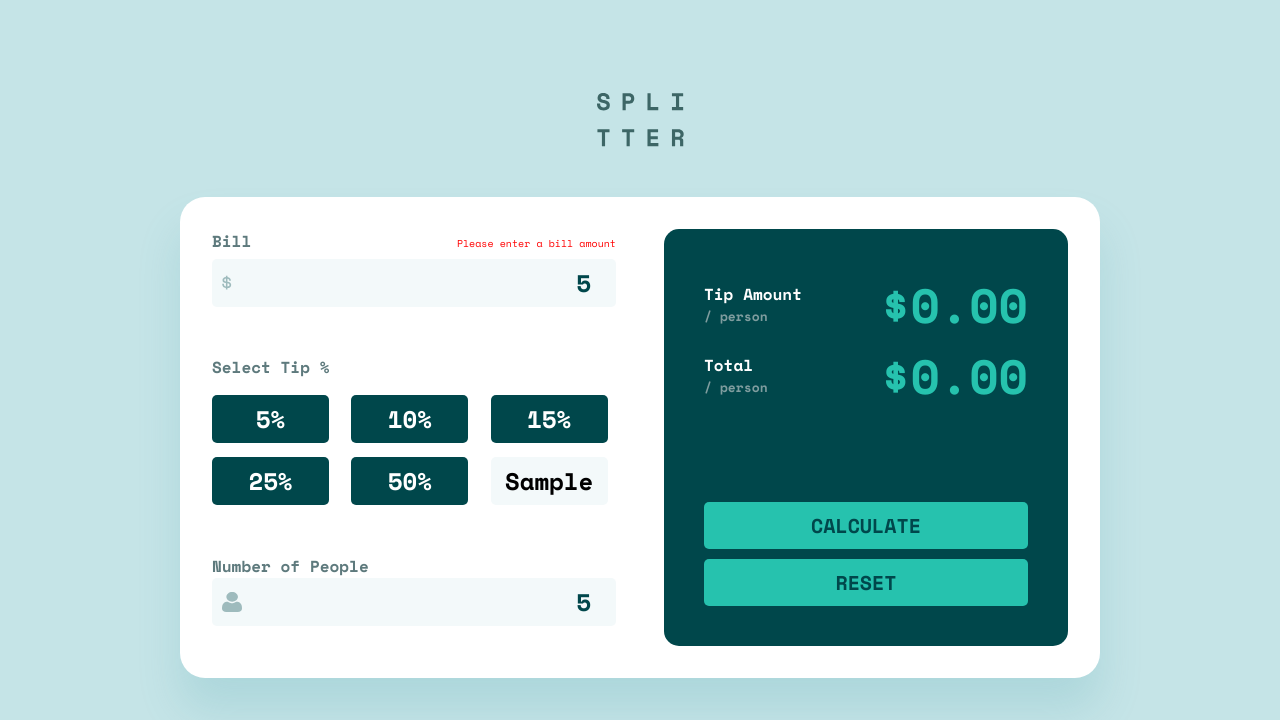
Repository: brandontaylor1/splitter
Page: index.html
These files come from the project's save history. The page is drawn as it stood at one moment and after a run of saves; the edit follows.
The browser window is 1280 px wide. The pictures show the whole page.
Empty fields were first filled with sample values (such as "Sample", 5 or name@example.com).
After loading, the first visible `#calculate-button` was clicked once.

Above is the page before, as saved 2025-02-07 14:00:26.
Console error: ReferenceError: tip is not defined

### index.html
<!DOCTYPE html>
<html lang="en">
<head>
    <meta charset="UTF-8">
    <meta name="viewport" content="width=device-width, initial-scale=1.0">
    <link rel="preconnect" href="https://fonts.googleapis.com">
    <link rel="preconnect" href="https://fonts.gstatic.com" crossorigin>
    <link href="https://fonts.googleapis.com/css2?family=Space+Mono:ital,wght@0,400;0,700;1,400;1,700&display=swap" rel="stylesheet">
    <link rel="stylesheet" href="styles.css">
    <title>Splitter | Tip Calculator</title>
</head>
<body>
    <img src="./assets/images/logo.svg" id="logo-image" alt="logo image">
    <h1 class="error-message" id="form-error"></h1>
    <main class="container">
        <form>
            <div class="left-column">
                <div class="bill-input">
                    <div class="bill-titles">
                        <h2>Bill</h2>
                        <p class="error-message" id="bill-error"></p>
                    </div>
                    <div class="bill-input-with-icon">
                        <input type="number" min="0.00" max="10000.00" id="bill-input" placeholder="$0.00">
                    </div>
                </div>
                <div class="tip-input">
                    <div class="tip-titles">
                        <h2 id="select-tip-title">Select Tip %</h2>
                        <p class="error-message" id="tip-error"></p>
                    </div>
                    <div class="tip-buttons">
                        <button type="button" class="tip-button" value=".05">5%</button>
                        <button type="button" class="tip-button" value=".10">10%</button>
                        <button type="button" class="tip-button" value=".15">15%</button>
                        <button type="button" class="tip-button" value=".25">25%</button>
                        <button type="button" class="tip-button" value=".50">50%</button>
                        <input type="text" id="custom-tip" placeholder="Custom">
                    </div>
                </div>
                <div class="number-of-people-input">
                    <div class="people-titles">
                        <h2 id="number-of-people-title">Number of People</h2>
                        <p class="error-message" id="people-error"></p>
                    </div>
                    <div class="person-input-with-icon">
                        <input type="number" id="number-of-people-input" placeholder="0">
                    </div>
                </div>
            </div>
        </form>
        <div class="right-column">
                <div class="info-container">
                    <div class="tip-calculations">
                        <div class="tip-amount">
                            <div class="info">
                                <h3>Tip Amount</h3>
                                <p>/ person</p>
                            </div>
                            <div class="amount">
                                <h1 id="tip-amount">$0.00</h1>
                            </div>
                        </div>
                        <div class="total">
                            <div class="info">
                                <h3>Total</h3>
                                <p>/ person</p>
                            </div>
                            <div class="amount">
                                <h1 id="total-amount">$0.00</h1>
                            </div>
                        </div>
                    </div>
                    <div class="button-container">
                        <button type="button" id="calculate-button">
                            CALCULATE
                        </button>
                        <button type="button" id="reset-button">
                            RESET
                        </button>
                    </div>
        </div>
    </main>

    <script src="index.js"></script>
</body>
</html>

### styles.css
* {
    box-sizing: border-box;
    margin: 0;
    padding: 0;
}

:root {
    --background-color: #C5E4E7;
    --input-button-color: #00474B;
    --primary-white: #fff;
    --calculated-numbers-color: #26C2AE;
    --input-title-color: #5E7A7D;
    --input-background-color: #F3F9FA;
    --input-icon-color: #9EBBBD;
    --title-text-color: #3D6666;
    --custom-input-color: #547878;
}

/* UTILITY CLASSES */
.space-mono-regular {
    font-family: "Space Mono", serif;
    font-weight: 400;
    font-style: normal;
  }

  .space-mono-bold {
    font-family: "Space Mono", serif;
    font-weight: 700;
    font-style: normal;
  }

  .space-mono-regular-italic {
    font-family: "Space Mono", serif;
    font-weight: 400;
    font-style: italic;
  }

  .space-mono-bold-italic {
    font-family: "Space Mono", serif;
    font-weight: 700;
    font-style: italic;
  }


body {
    background-color: #C5E4E7;
    height: 100vh;
    width: 100%;
    display: flex;
    flex-direction: column;
    justify-content: center;
    align-items: center;
    font-family: "Space Mono", monospace;
}

#logo-image {
    margin: 50px 0;
}


.container {
    background-color: var(--primary-white);
    width: 920px;
    height: 481px;
    border-radius: 25px;
    box-shadow: 0px 32px 43px 0px rgba(79, 166, 175, 0.20);
    display: grid;
    gap: 48px;
    grid-template-columns: 1fr 1fr;
    padding: 32px;
}

.left-column {
    display: flex;
    flex-direction: column;
    justify-content: space-between;
    width: 100%;
    height: 100%;
}

.right-column {
    grid-column: 2 / 3;
    width: 100%;
    height: 100%;
    border-radius: 15px;
    background-color: var(--input-text-color);
}

input {
    height: 48px;
    width: 100%;
    padding: 10px;
    display: flex;
    flex-direction: row;
    justify-content: space-between;
    background-color: var(--input-background-color);
    border: none;
    border-radius: 5px;
    margin-bottom: 20px;
}

.person-input-with-icon input{
    width: 100%;
    font-family: "Space Mono", monospace;
    font-size: 24px;
    color: #00474B;
    font-weight: 600;
    background-image: url("./assets/images/icon-person.svg");
    background-repeat: no-repeat;
    background-position: 10px center;
    background-size: 20px 20px;
    text-align: right;
}

#bill-input {
    width: 100%;
    font-family: "Space Mono", monospace;
    font-size: 24px;
    font-weight: 600;
}

#number-of-people-input {
    width: 100%;
    font-family: "Space Mono", monospace;
    font-size: 24px;
    color: #00474B;
    font-weight: 600;
}

.bill-input-with-icon input {
    width: 100%;
    font-family: "Space Mono", monospace;
    font-size: 24px;
    color: #00474B;
    font-weight: 600;
    background-image: url("./assets/images/icon-dollar.svg");
    background-repeat: no-repeat;
    background-position: 10px center;
    background-size: auto 15px;
    text-align: right;
}

.bill-input h2 {
    font-size: 16px;
    color: var(--input-title-color);
    margin-bottom: 6px;
}

.tip-buttons {
    display: grid;
    grid-template-columns: repeat(3, 1fr);
    gap: 14px;
}

#select-tip-title {
    color: #5E7A7D;
    font-size: 16px;
    margin-bottom: 16px;
}

.tip-button {
    width: 117px;
    height: 48px;
    flex-shrink: 0;
    border: none;
    border-radius: 5px;
    background-color: #00474B;
    color: var(--primary-white);
    font-family: "Space Mono", monospace;
    font-size: 24px;
    font-weight: 600;
}


.tip-button:hover {
    background-color: #26C2AE;
    color: #00474B;
}

.active {
    background-color: #26C2AE;
    color: #00474B;
}

.disabled {
    background-color: #00474B;
    color: #5E7A7D;
    opacity: .5;
}

#custom-tip {
    width: 117px;
    height: 48px;
    flex-shrink: 0;
    text-align: center;
    font-size: 24px;
    font-weight: 600;
    font-family: "Space Mono", monospace;
}

#number-of-people-title {
    color: #5E7A7D;
    font-size: 16px;
}


.right-column {
    background-color: #00474B;
    padding: 40px;
    display: flex;
    flex-direction: column;
    justify-content: space-between;
}

.info-container {
    display: flex;
    flex-direction: column;
    justify-content: space-between;
    height: 100%;

}

.tip-amount, .total {
    display: flex;
    flex-direction: row;
    justify-content: space-between;
    align-items: center;
    color: var(--primary-white);
}

.amount {
    color: #26C2AE;
    font-size: 24px;
    font-family: "Space Mono", monospace;
}

.info h3 {
    font-size: 16px;
    color: var(--primary-white);
}

.info p {
    font-size: 13px;
    color: #7F9D9F;
    font-family: "Space Mono", monospace;
    font-weight: 700;
}

.button-container {
    display: flex;
    flex-direction: column;


}

#calculate-button   {
    padding: 9px 40px;
    text-align: center;
    border: none;
    cursor: pointer;
    background-color: #26C2AE;
    color: #00474B;
    border-radius: 5px;
    font-size: 20px;
    font-weight: 600;
    font-family: "Space Mono", monospace;
    margin-bottom: 10px;
}

#reset-button {
    padding: 9px 40px;
    text-align: center;
    border: none;
    cursor: pointer;
    background-color: #26C2AE;
    color: #00474B;
    border-radius: 5px;
    font-size: 20px;
    font-weight: 600;
    font-family: "Space Mono", monospace;
}

.error-message {
    color: red;
    font-size: 10px;
}

.bill-titles, .people-titles, .tip-titles {
    display: flex;
    flex-direction: row;
    justify-content: space-between;
    align-items: center;
}

#form-error {
    font-size: 18px;
}

@media screen and (max-width: 852px) {
    .container {
        width: 90%;
        height: 100%;
        display: flex;
        flex-direction: column;
        justify-content: space-between;
        padding: 20px;
    }

    .right-column {
        grid-column: 1 / 2;
        width: 100%;
        height: 100%;
        border-radius: 15px;
        background-color: var(--input-text-color);
    }

    .left-column {
        display: flex;
        flex-direction: column;
        justify-content: space-between;
        width: 100%;
        height: 100%;
    }

    .right-column {
        background-color: #00474B;
        padding: 40px;
        display: flex;
        flex-direction: column;
        justify-content: space-between;
    }

    .info-container {
        display: flex;
        flex-direction: column;
        justify-content: space-between;
        height: 100%;
    }

    .tip-amount, .total {
        display: flex;
        flex-direction: row;
        justify-content: space-between;
        align-items: center;
        color: var(--primary-white);
    }

    .amount {
        color: #26C2AE;
        font-size: 24px;
        font-family: "Space Mono", monospace;
    }

    .info h3 {
        font-size: 16px;
        color: var(--primary-white);
    }

    .info p {
        font-size: 13px;
        color: #7F9D9F;
        font-family: "Space Mono", monospace;
        font-weight: 700;
    }

    .button-container {
        display: flex;
        flex-direction: column;
    }

    #calculate-button   {
        padding: 9px 40px;
        text-align: center;
        border: none;
        cursor: pointer;
        background-color: #26C2AE;
        color: #00474B;
        border-radius: 5px;
        font-size: 20px;
        font-weight: 600;
        font-family: "Space Mono", monospace;
        margin-bottom: 10px;
    }

    #reset-button {
        padding: 9px 40px;
        text-align: center;
        border: none;
        cursor: pointer;
        background-color: #26C2AE;
    }
}

### index.js
const billInput = document.querySelector("#bill-input");
const peopleInput = document.querySelector("#number-of-people-input");
const tipAmountElement = document.getElementById("tip-amount");
const totalAmountElement = document.getElementById("total-amount");
const tipButtons = document.querySelectorAll('.tip-button')

const calculateBtn = document.querySelector("#calculate-button");
const resetBtn = document.querySelector("#reset-button");
const formError = document.querySelector('#form-error')
const peopleError = document.querySelector("#people-error");
const billError = document.querySelector('#bill-error')
const tipError = document.querySelector('#tip-error')

let billAmount = 0
let tipPercentage = 0
let numberOfPeople = 0

tipButtons.forEach(button => {
    button.addEventListener('click', () => {
        if(button.classList.contains('active')) {
            button.classList.remove('active')
        } else {
            button.classList.add('active')
        }
        tipPercentage = button.value
        console.log(tipPercentage)
    })
})

function validateAmount(input) {
    if(!isNaN(input) && input !== "" && input > 0) {
        const dollarAmount = parseFloat(input);
        billAmount = dollarAmount;
    } else {
        console.log("Invalid input. Please enter a valid number");
        billError.textContent = "Please enter a valid number";
    }
}

function validatePeople(input) {
    if(!isNaN(input) && input !== "" && input > 0) {
        const people = parseFloat(input);
        numberOfPeople = people;
        console.log(numberOfPeople)
    } else {
        console.log("Invalid input. Please enter a valid number");
        peopleError.textContent = "Please enter a valid number";
    }
}

function calculateTipAmount(bill, tipCalculated, people) {
    return (bill * tipCalculated) / people
}

function calculateTotalAmount(bill, tipAmount, people) {
    return (bill + tipAmount) / people

}

calculateBtn.addEventListener("click", () => {
    let hasError = false;

    if(billAmount === undefined || tipPercentage === undefined || numberOfPeople === undefined) {
        formError.innerText = "Please fill out all fields";
        hasError = true;
    }

    if (billAmount === undefined || billAmount === "" || billAmount === 0) {
        billError.innerText = "Please enter a bill amount";
        hasError = true;
        tip.innerText = "$0.00";
        total.innerText = "$0.00";
    } else {
        billError.innerText = "";
    }

    if (tipPercentage === undefined || tipPercentage === "" || tipPercentage === 0) {
        tipError.innerText = "Please select a tip percentage";
        hasError = true;
        tip.innerText = "$0.00";
        total.innerText = "$0.00";
    } else {
        tipError.innerText = "";
    }

    if (numberOfPeople === undefined || numberOfPeople === "" || numberOfPeople === 0) {
        peopleError.innerText = "Please enter a valid number";
        hasError = true;
        tip.innerText = "$0.00";
        total.innerText = "$0.00";
    } else {
        peopleError.innerText = "";
    }


    const tipAmount = calculateTipAmount(billAmount, tipPercentage, numberOfPeople)
    const totalAmount = calculateTotalAmount(billAmount, tipAmount, numberOfPeople)

    tipAmountElement.innerText = `$${tipAmount.toFixed(2)}`;
    totalAmountElement.innerText = `$${totalAmount.toFixed(2)}`;

    calculateBtn.disabled = true;

})

resetBtn.addEventListener("click", () => {
    billInput.value = ""
    peopleInput.value = ""
    tipAmount = 0
    totalBill = 0
    tipAmountElement.innerText = "$0.00"
    totalAmountElement.innerText = "$0.00"
    tipButtons.forEach(button => {
        button.classList.remove('active')
    })
    tipPercentage = 0
    billAmount = 0
    numberOfPeople = 0
    formError.innerText = ""
    billError.innerText = ""
    tipError.innerText = ""
    peopleError.innerText = ""

    calculateBtn.disabled = false

})

billInput.addEventListener("input", () => {
    console.log(billInput.value);
    validateAmount(billInput.value);
})

peopleInput.addEventListener("input", () => {
    console.log(peopleInput.value);
    validatePeople(peopleInput.value);
})

After the next 4 saves:
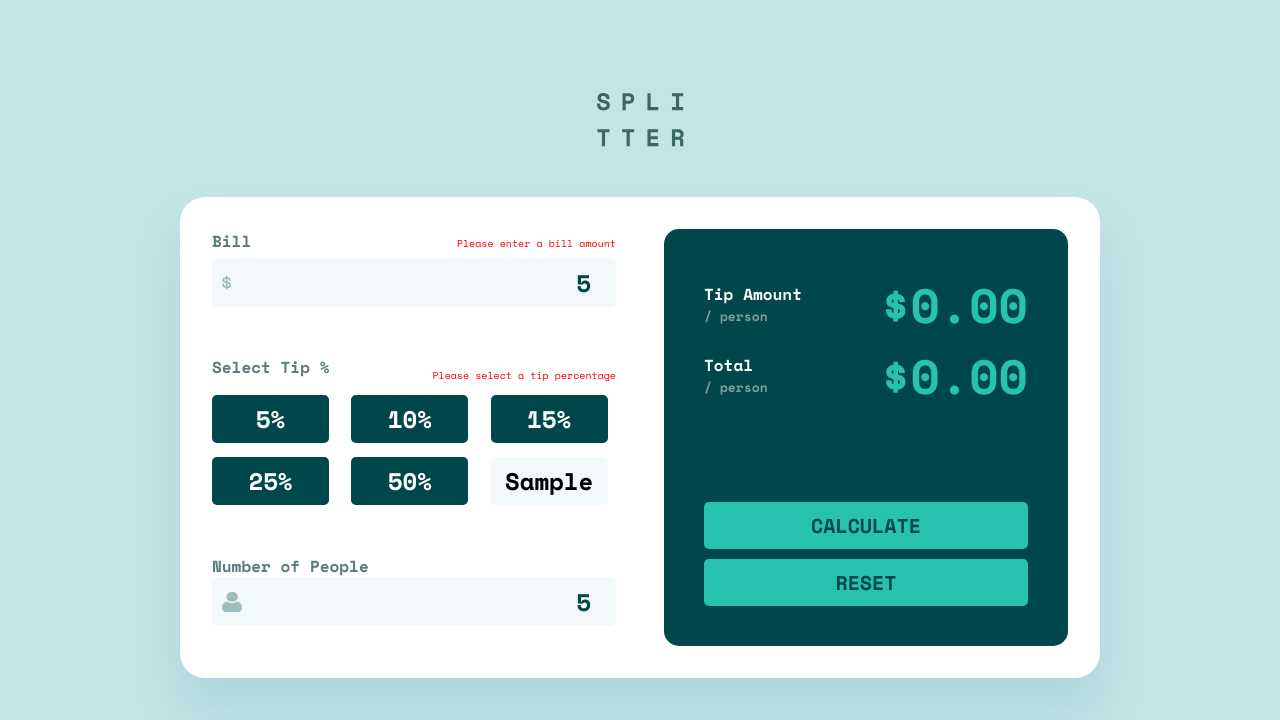
The 4 saves are shown as one change because they came seconds apart.
The last was saved 78 s later.
--- a/index.js
+++ b/index.js
@@ -68,8 +68,8 @@ calculateBtn.addEventListener("click", () => {
     if (billAmount === undefined || billAmount === "" || billAmount === 0) {
         billError.innerText = "Please enter a bill amount";
         hasError = true;
-        tip.innerText = "$0.00";
-        total.innerText = "$0.00";
+        tipAmountElement.innerText = "$0.00";
+        totalAmountElement.innerText = "$0.00";
     } else {
         billError.innerText = "";
     }
